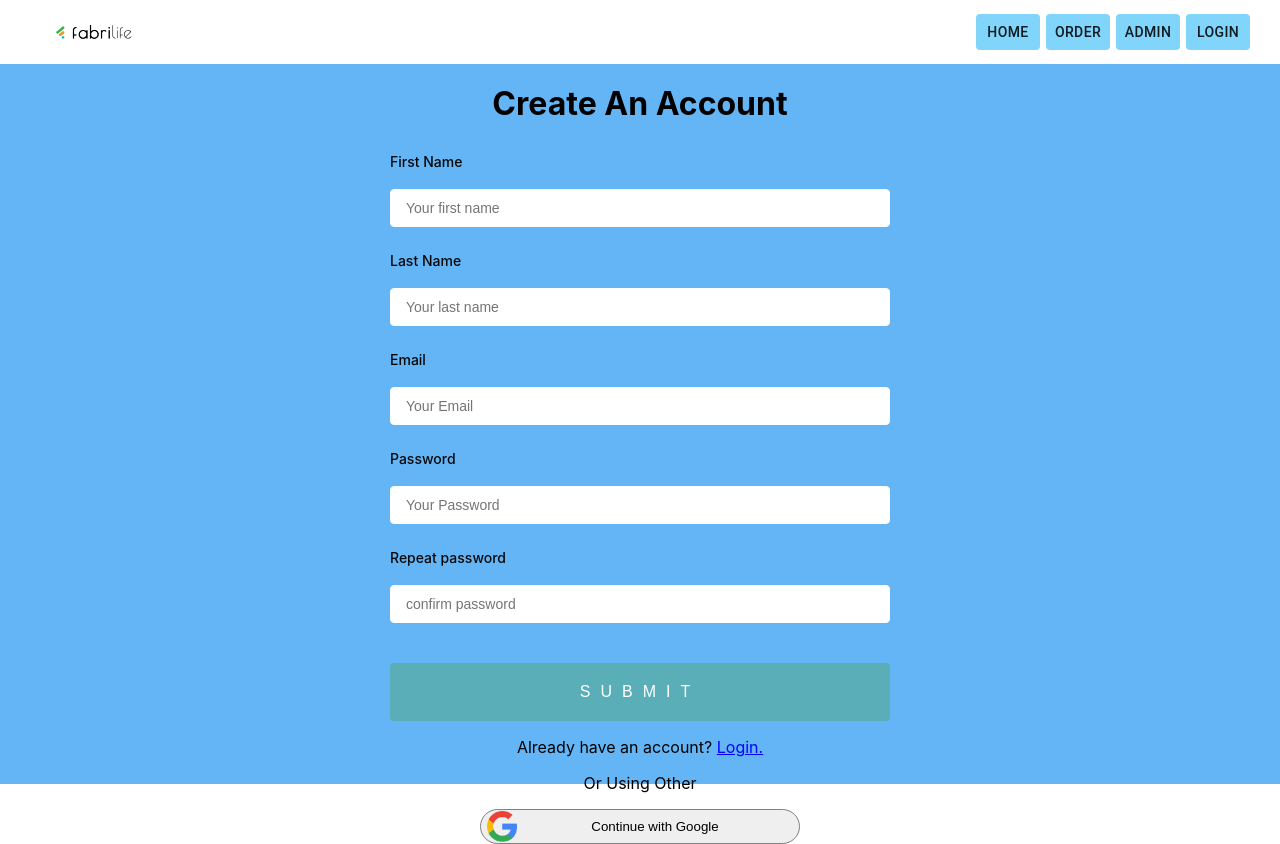
Repository: arif286/fabrilife-E-commerce-client-site
Page: /login
An editor plug-in stored every save of this project. The page is shown before and after the next save, followed by the edit.
The browser window is 1280 px wide. The pictures show the whole page.
The project was rebuilt for these pictures with package versions that can differ from the ones it lists, and the page was loaded fresh each time. Also part of the build but not shown: src/components/Admin/Admin.css, src/components/Admin/AddEvent/AddEvent.css, src/components/Admin/AddEvent/AddEvent.js, src/components/Admin/ProductManage/ProductManage.js, src/components/Admin/Sidebar/Sidebar.css, src/components/Admin/Sidebar/Sidebar.js, src/components/Admin/Admin.js, src/components/CheckOut/CheckOut.css and 13 more.

Above is the page before, as saved 2021-04-01 03:26:54.

After the next save:
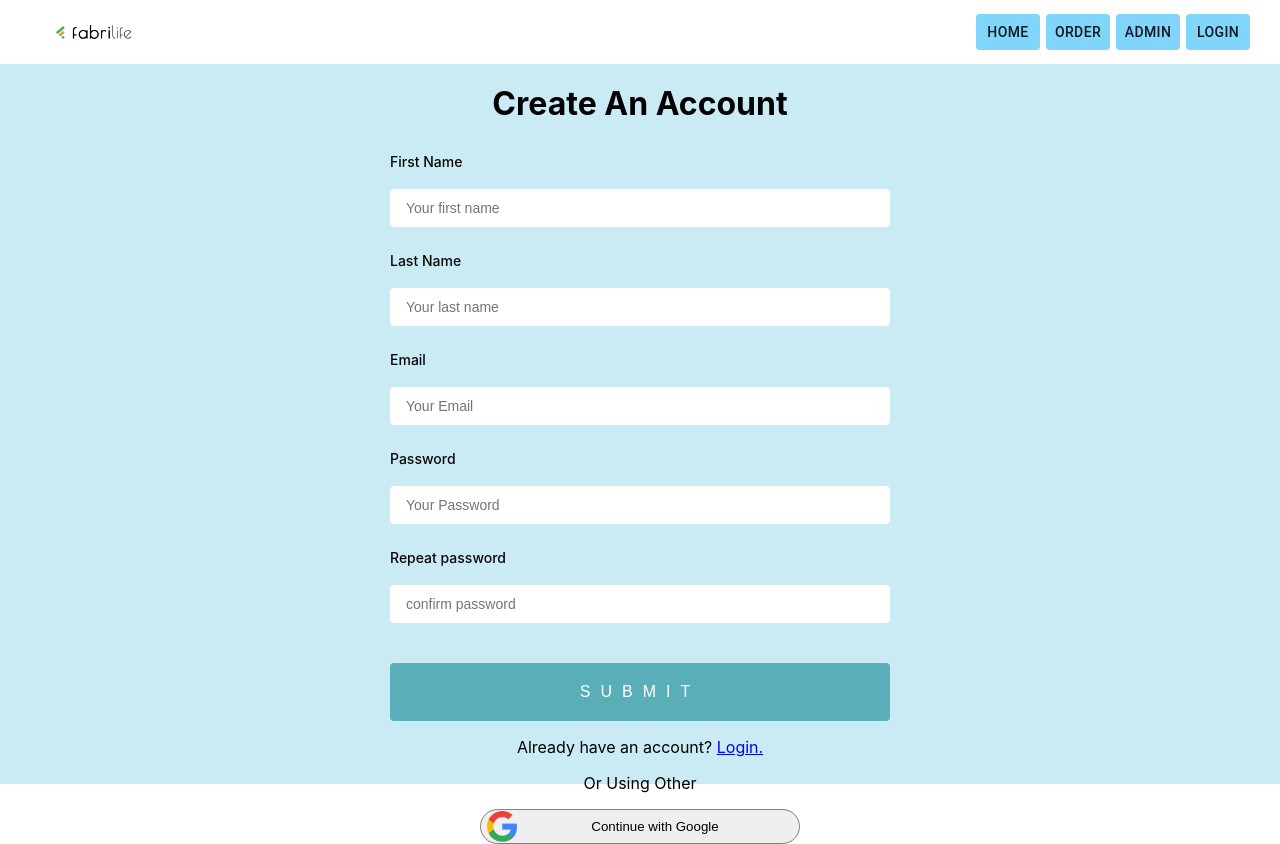
Saved 4 min 42 s later.
--- a/src/components/Login/Login.css
+++ b/src/components/Login/Login.css
@@ -88,7 +88,7 @@ button[type="submit"]:hover,
   cursor: pointer;
 }
 .login-page {
-  background-color: #64b5f6;
+  background-color: #caebf4;
   height: 100vh;
   text-align: center;
 }
